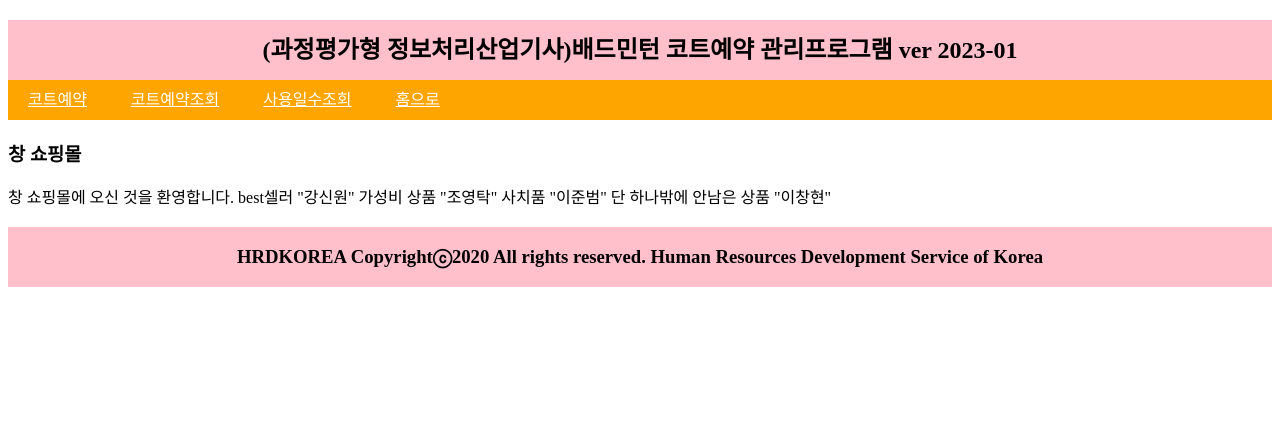
Repository: s25-30420/shopping
Page: http://localhost/shop/
These files come from the project's save history. The page is drawn as it stood at one moment and after the next save; the edit follows.
The browser window is 1280 px wide. The pictures show the whole page.
The page is served by Tomcat 9.

Above is the page before, as saved 2025-09-01 00:55:37.

After the next save:
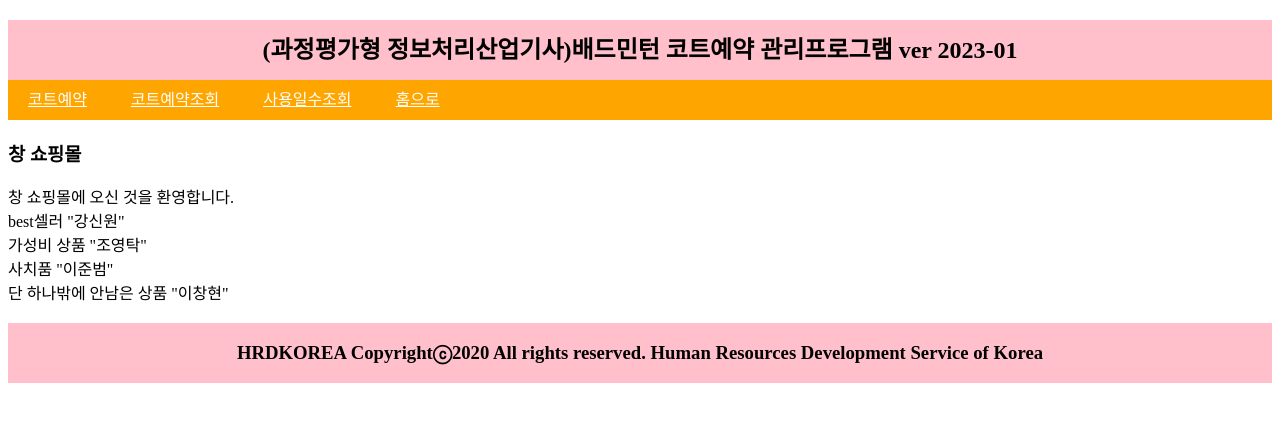
Saved 15 s later.
--- a/shop/src/main/webapp/index.jsp
+++ b/shop/src/main/webapp/index.jsp
@@ -12,11 +12,11 @@
 <section>
 	<h3>창 쇼핑몰</h3>
 	<p>
-		창 쇼핑몰에 오신 것을 환영합니다.
-		best셀러 "강신원"
-		가성비 상품 "조영탁"
-		사치품 "이준범"
-		단 하나밖에 안남은 상품 "이창현"
+		창 쇼핑몰에 오신 것을 환영합니다. <br>
+		best셀러 "강신원" <br>
+		가성비 상품 "조영탁"<br>
+		사치품 "이준범"<br>
+		단 하나밖에 안남은 상품 "이창현"<br>
 	</p>
 </section>
 <jsp:include page="footer.jsp"></jsp:include>
